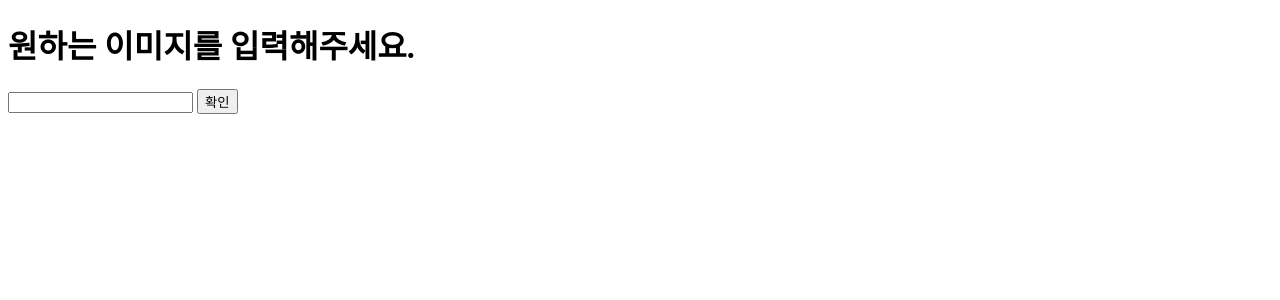
Repository: Jungsol/Servlet_JSP_study
Page: Servlet_JSP_study/src/main/webapp/META-INF/ex05_image.html
The author's editor kept a copy of each file at every save. The page is drawn from the files as they stood at one save, then again after the next save.
The browser window is 1280 px wide. The pictures show the whole page.

Above is the page before, as saved 2023-06-01 11:56:07.

After the next save:
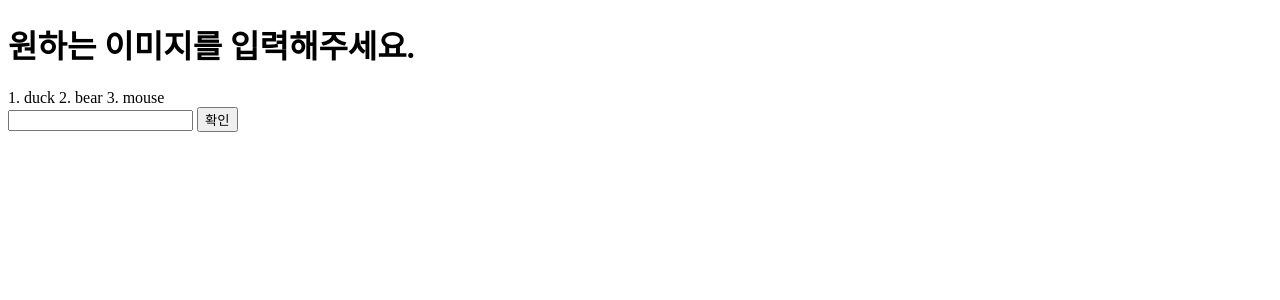
Saved 27 s later.
--- a/Servlet_JSP_study/src/main/webapp/META-INF/ex05_image.html
+++ b/Servlet_JSP_study/src/main/webapp/META-INF/ex05_image.html
@@ -7,6 +7,7 @@
 <body>
 
 	<h1>원하는 이미지를 입력해주세요.</h1>
+	1. duck 2. bear 3. mouse
 	<form action="image">
 		<input type="text" name="image">
 		<input type="submit" value="확인">
